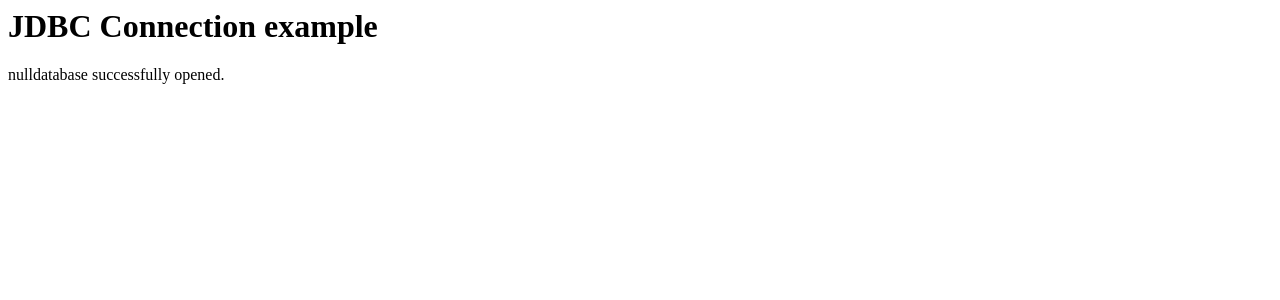
Repository: emmaclkasper/CS4300
Page: http://localhost/test/database.jsp
The author's editor kept a copy of each file at every save. The page is drawn from the files as they stood at one save, then again after the next save.
The browser window is 1280 px wide. The pictures show the whole page.
The page is served by Tomcat 9.

Above is the page before, as saved 2020-04-28 14:24:35.

After the next save:
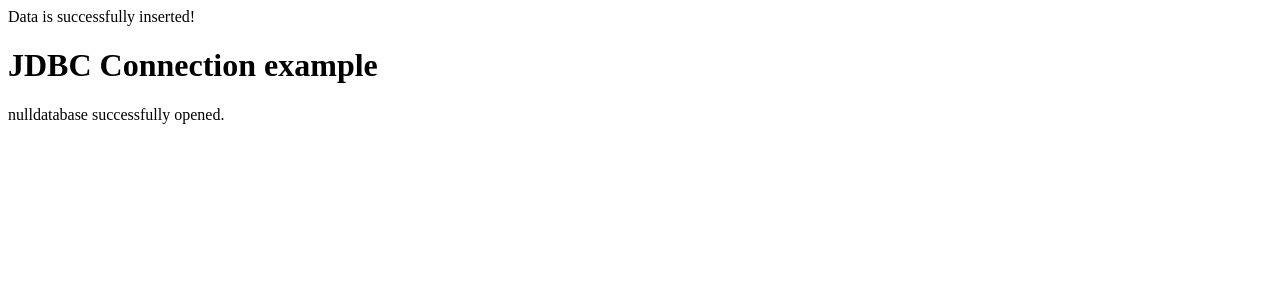
Saved 80 s later.
--- a/test/WebContent/database.jsp
+++ b/test/WebContent/database.jsp
@@ -1,3 +1,31 @@
+<%@ page language="java" contentType="text/html; charset=ISO-8859-1"
+pageEncoding="ISO-8859-1"%>
+<%@page import="java.sql.*,java.util.*"%>
+
+<%
+String first_name=request.getParameter("first_name");
+String last_name=request.getParameter("last_name");
+String city_name=request.getParameter("city_name");
+String email=request.getParameter("email");
+
+try
+{
+Class.forName("com.mysql.jdbc.Driver");
+Connection conn = DriverManager.getConnection("jdbc:mysql://localhost:3306/test", "root", "");
+Statement st=conn.createStatement();
+
+int i=st.executeUpdate("insert into users(first_name,last_name,city_name,email)values('"+first_name+"','"+last_name+"','"+city_name+"','"+email+"')");
+out.println("Data is successfully inserted!");
+}
+catch(Exception e)
+{
+System.out.print(e);
+e.printStackTrace();
+}
+%>
+
+
+
 
 <%@ page import="java.sql.*"%>
 <html>
@@ -13,8 +41,8 @@
   String user = db; // assumes database name is the same as username
   try {
     java.sql.Connection con;
-    Class.forName("org.gjt.mm.mysql.Driver");
-    con = DriverManager.getConnection("jdbc:mysql://localhost/"+db, user, "xxxxxxx");
+    Class.forName("com.mysql.jdbc.Driver");
+    Connection conn = DriverManager.getConnection("jdbc:mysql://localhost:3306/test", "root", "password");
     out.println (db+ "database successfully opened.");
   }
   catch(SQLException e) {

After the 2 saves that followed:
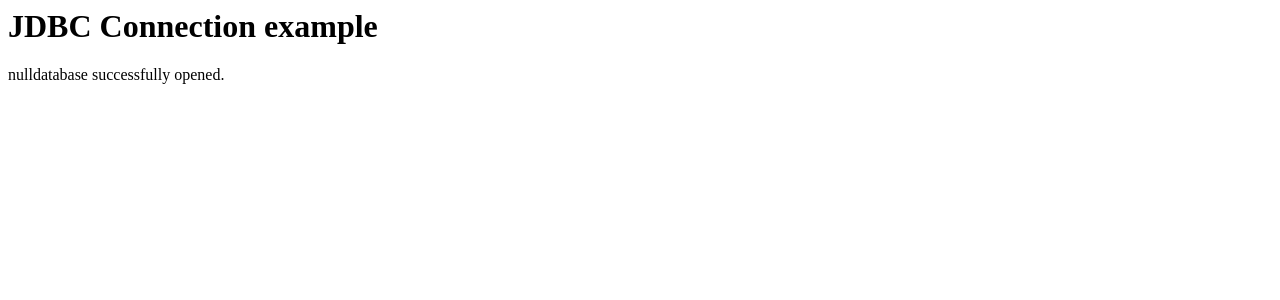
The 2 saves are shown as one change because 1 did not build or start.
The last was saved 104 s later.
--- a/test/WebContent/database.jsp
+++ b/test/WebContent/database.jsp
@@ -1,32 +1,3 @@
-<%@ page language="java" contentType="text/html; charset=ISO-8859-1"
-pageEncoding="ISO-8859-1"%>
-<%@page import="java.sql.*,java.util.*"%>
-
-<%
-String first_name=request.getParameter("first_name");
-String last_name=request.getParameter("last_name");
-String city_name=request.getParameter("city_name");
-String email=request.getParameter("email");
-
-try
-{
-Class.forName("com.mysql.jdbc.Driver");
-Connection conn = DriverManager.getConnection("jdbc:mysql://localhost:3306/test", "root", "");
-Statement st=conn.createStatement();
-
-int i=st.executeUpdate("insert into users(first_name,last_name,city_name,email)values('"+first_name+"','"+last_name+"','"+city_name+"','"+email+"')");
-out.println("Data is successfully inserted!");
-}
-catch(Exception e)
-{
-System.out.print(e);
-e.printStackTrace();
-}
-%>
-
-
-
-
 <%@ page import="java.sql.*"%>
 <html>
 <head>
@@ -39,6 +10,11 @@
 <%
   String db = request.getParameter("db");
   String user = db; // assumes database name is the same as username
+
+  String first_name=request.getParameter("first_name");
+  String last_name=request.getParameter("last_name");
+  String city_name=request.getParameter("city_name");
+  String email=request.getParameter("email");
   try {
     java.sql.Connection con;
     Class.forName("com.mysql.jdbc.Driver");
